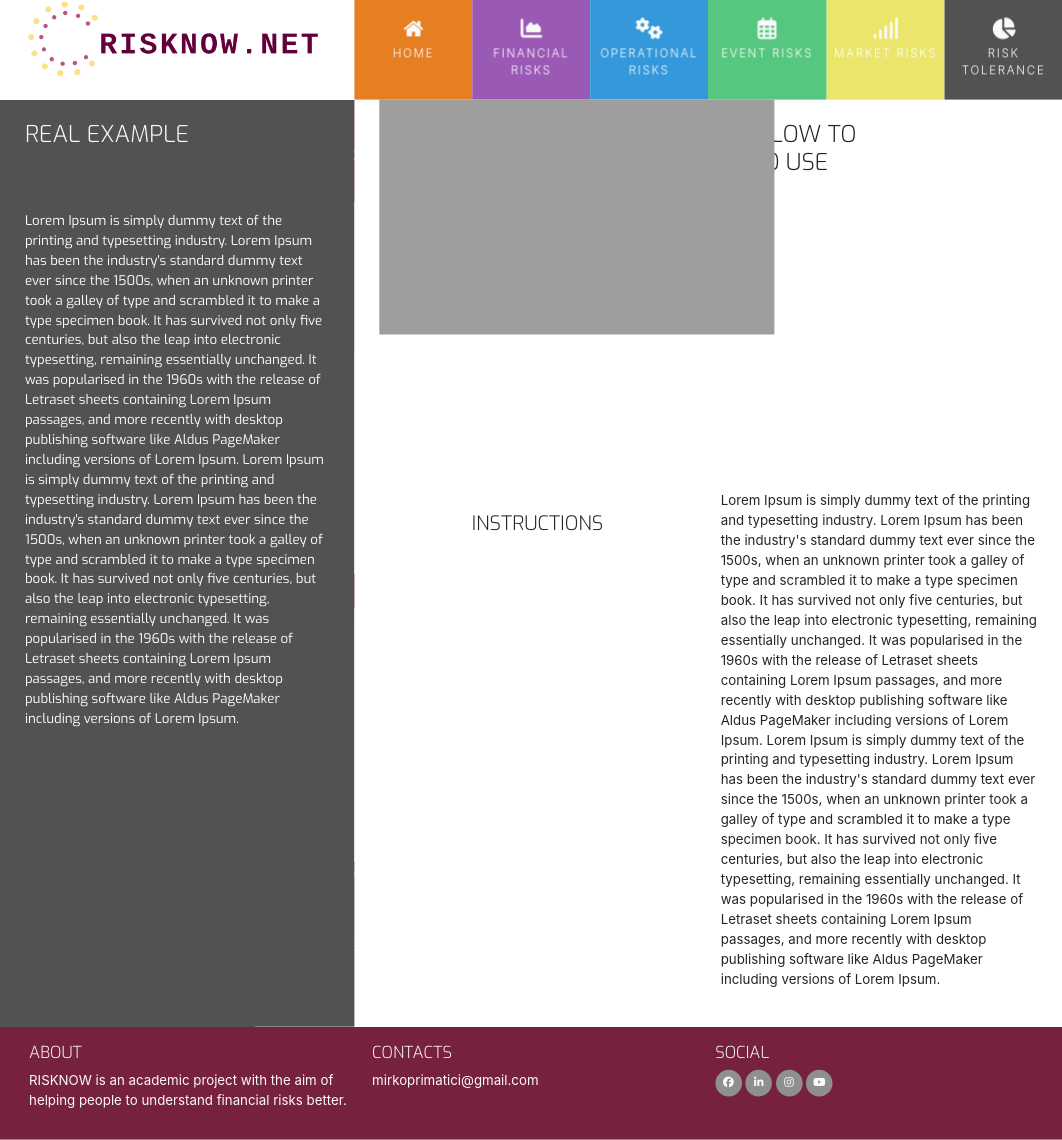
Repository: mirkoprimaticix/risknow.net
Page: index.html
The author's editor kept a record of every edit. The page is drawn from the files as they stood at one moment, then again after the next edit.
The browser window is 1280 px wide. The pictures show the whole page, at 83% of full size.
Pictures or frames that could not be fetched are drawn as grey boxes. Some web libraries are served in a nearby version.

Above is the page before.
Console error: TypeError: Cannot read properties of undefined (reading 'fn')

After the next edit:
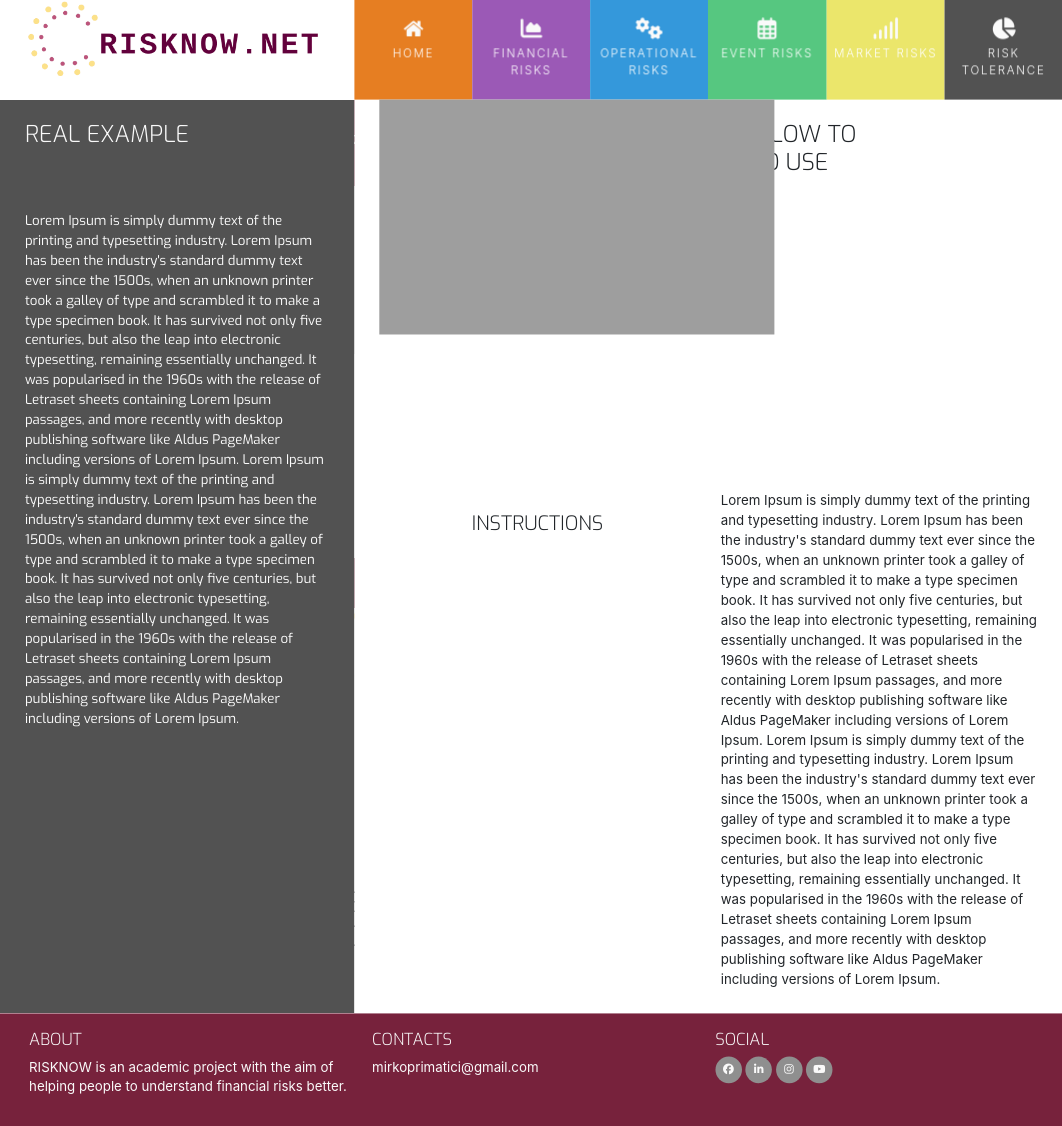
The edit:
--- a/index.html
+++ b/index.html
@@ -106,7 +106,7 @@
                         centuries, but also the leap into electronic typesetting, remaining essentially unchanged. It was popularised in the
                         1960s with the release of Letraset sheets containing
                         Lorem Ipsum passages, and more recently with desktop publishing software like Aldus PageMaker including versions of Lorem Ipsum.
-                </p>
+                    </div>
                 </div>
             </div>
         </div>
